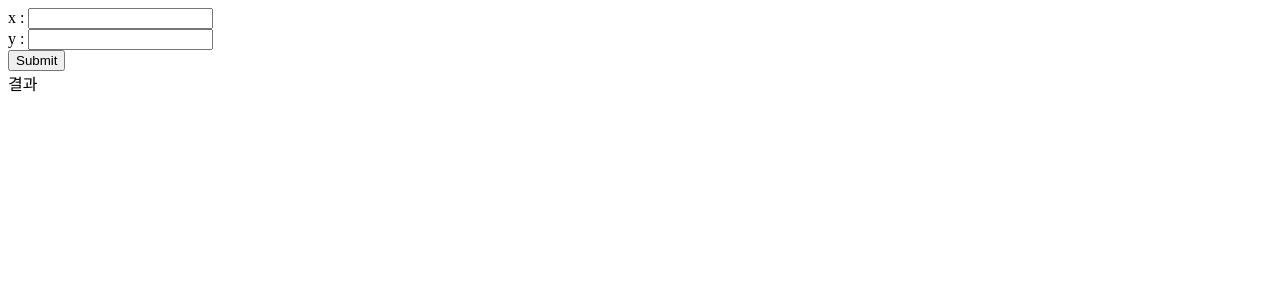
Repository: HimNahyeon/devClassBackup
Page: jsp/youtube_jsp/JSPPrj/WebContent/add.html
These files come from the project's save history. The page is drawn as it stood at one moment and after the next save; the edit follows.
The browser window is 1280 px wide. The pictures show the whole page.

Above is the page before, as saved 2021-10-28 04:20:06.

### jsp/youtube_jsp/JSPPrj/WebContent/add.html
<!DOCTYPE html>
<html>
<head>
<meta charset="UTF-8">
<title>Insert title here</title>
</head>
<body>
	<form action="add" method="post">
		<div>
			<label>x : </label>
			<input type="text" name="x">
		</div>
		<div>
			<label>y : </label>
			<input type="text" name="y">
		</div>
		<div>
			<input type="submit" vlaue="덧셈">
		</div>
		<div>
			결과
		</div>
	</form>
</body>
</html>

After the next save:
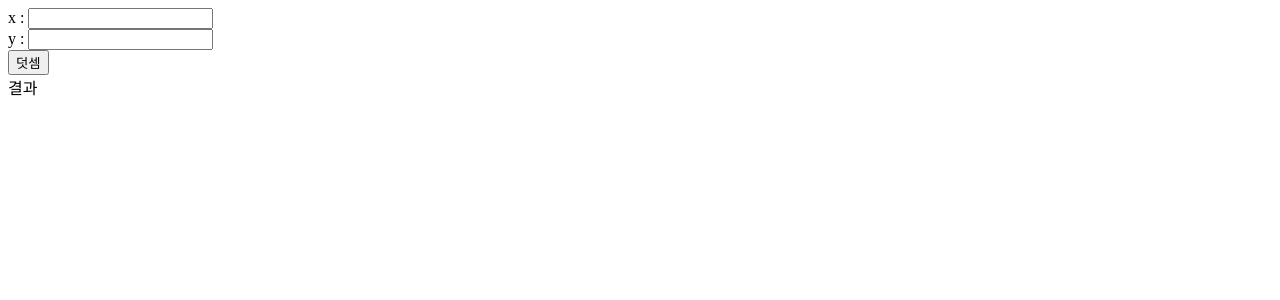
Saved 10 min 39 s later.
--- a/jsp/youtube_jsp/JSPPrj/WebContent/add.html
+++ b/jsp/youtube_jsp/JSPPrj/WebContent/add.html
@@ -15,7 +15,7 @@
 			<input type="text" name="y">
 		</div>
 		<div>
-			<input type="submit" vlaue="덧셈">
+			<input type="submit" value="덧셈">
 		</div>
 		<div>
 			결과
